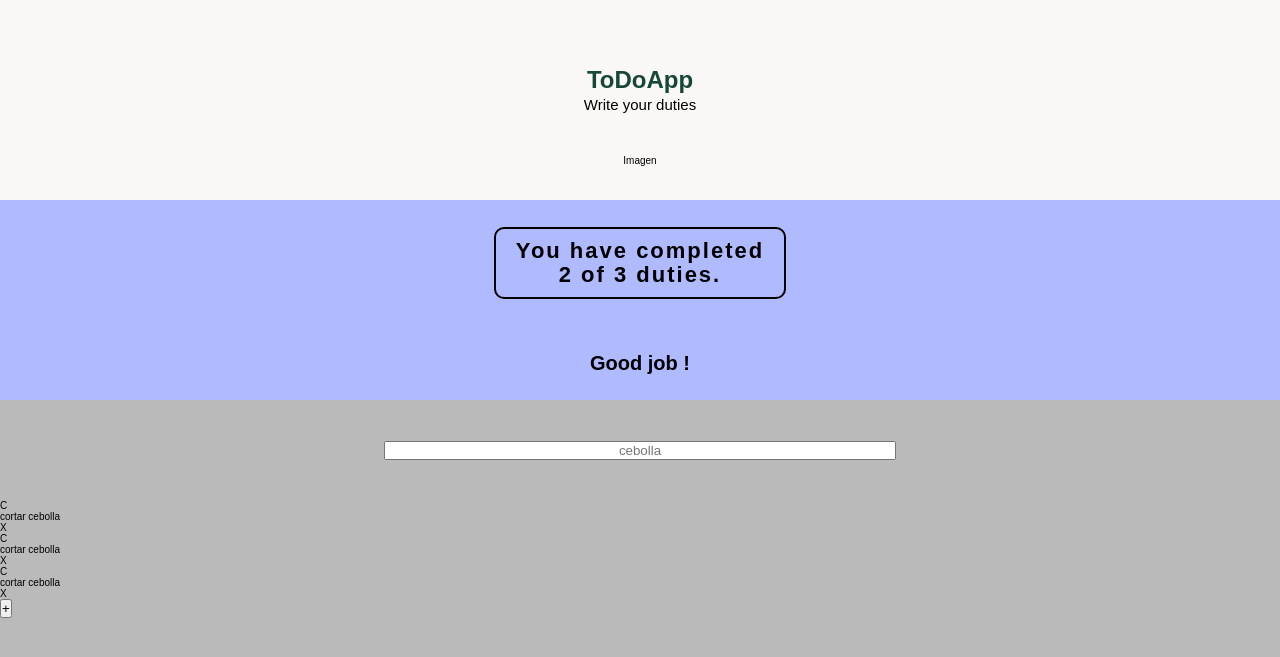
Repository: ChristianGecchelin/to-do-app
Page: /
These files come from the project's save history. The page is drawn as it stood at one moment and after the next save; the edit follows.
The browser window is 1280 px wide. The pictures show the whole page.
The project was rebuilt for these pictures with package versions that can differ from the ones it lists, and the page was loaded fresh each time.

Above is the page before, as saved 2022-01-12 11:19:34.

After the next save:
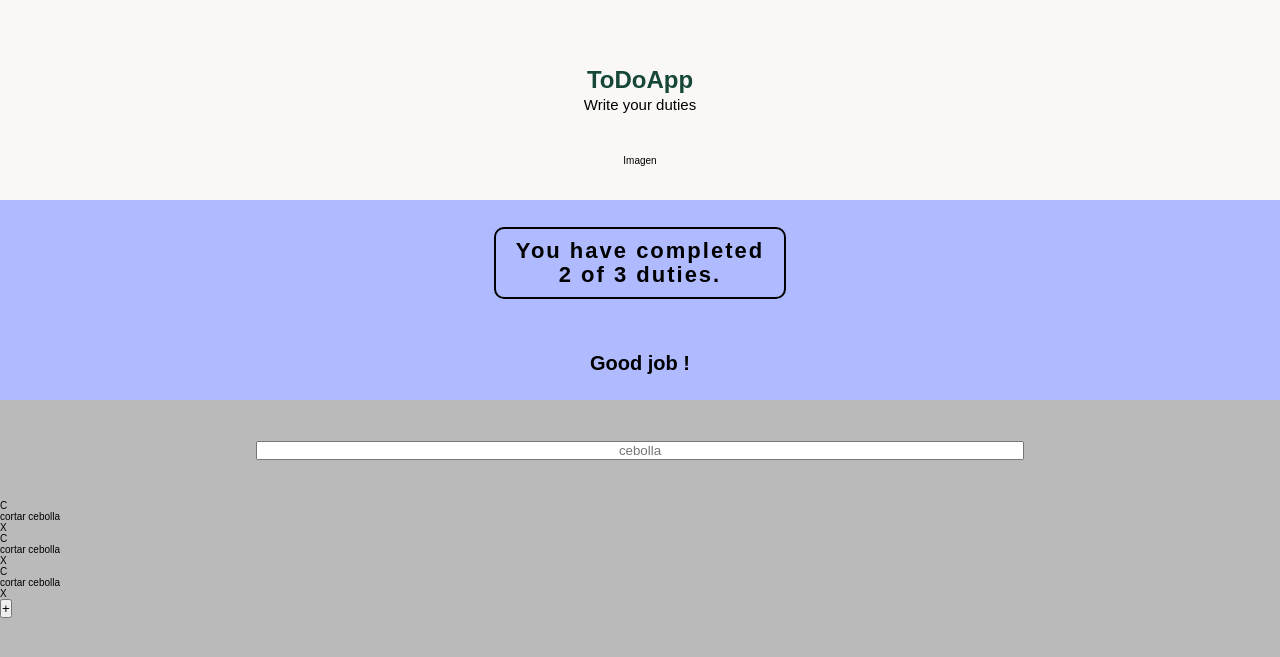
Saved 7 s later.
--- a/src/styles/ToDoSearch.css
+++ b/src/styles/ToDoSearch.css
@@ -9,7 +9,7 @@
   text-align: center;
 }
 .search-input {
-  width: 40%;
+  width: 60%;
   margin: 0 auto;
   text-align: center;
 }
